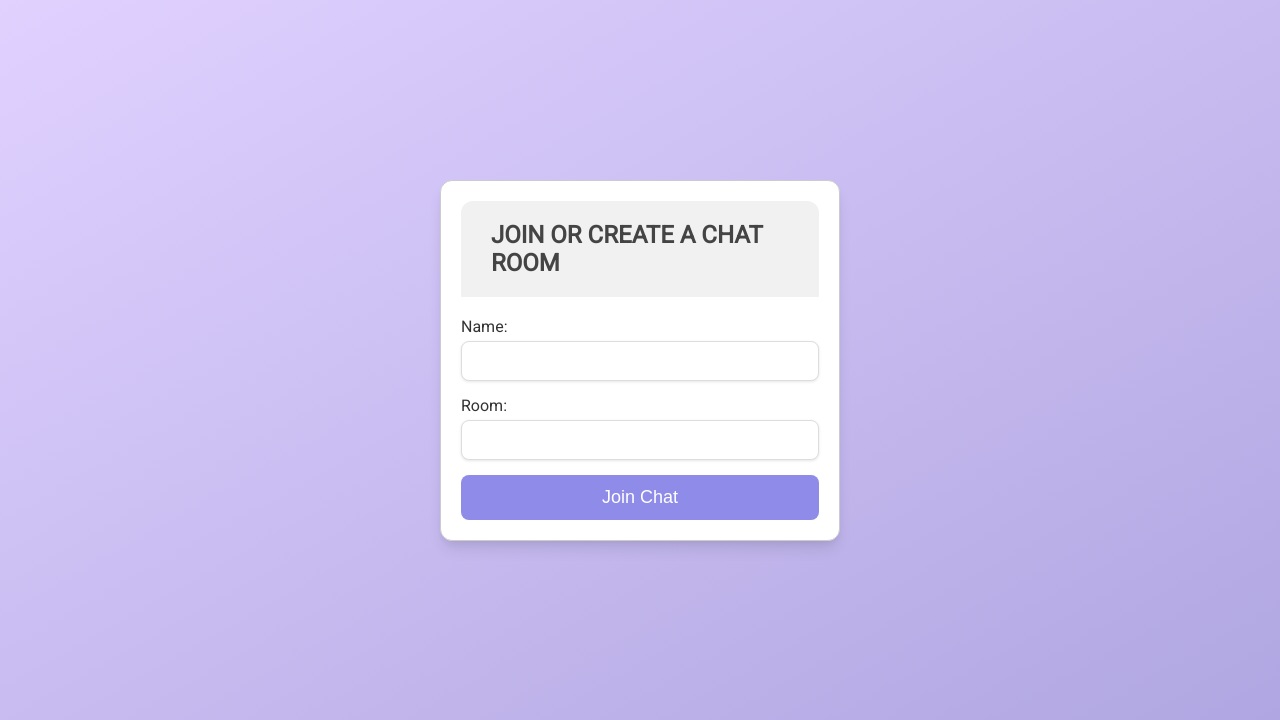
Repository: reminzuetto/ChatRoom
Page: public/join.html
These files come from the project's save history. The page is drawn as it stood at one moment and after the next save; the edit follows.
The browser window is 1280 px wide. The pictures show the whole page.

Above is the page before, as saved 2024-08-20 00:57:38.
Console error: ReferenceError: io is not defined

After the next save:
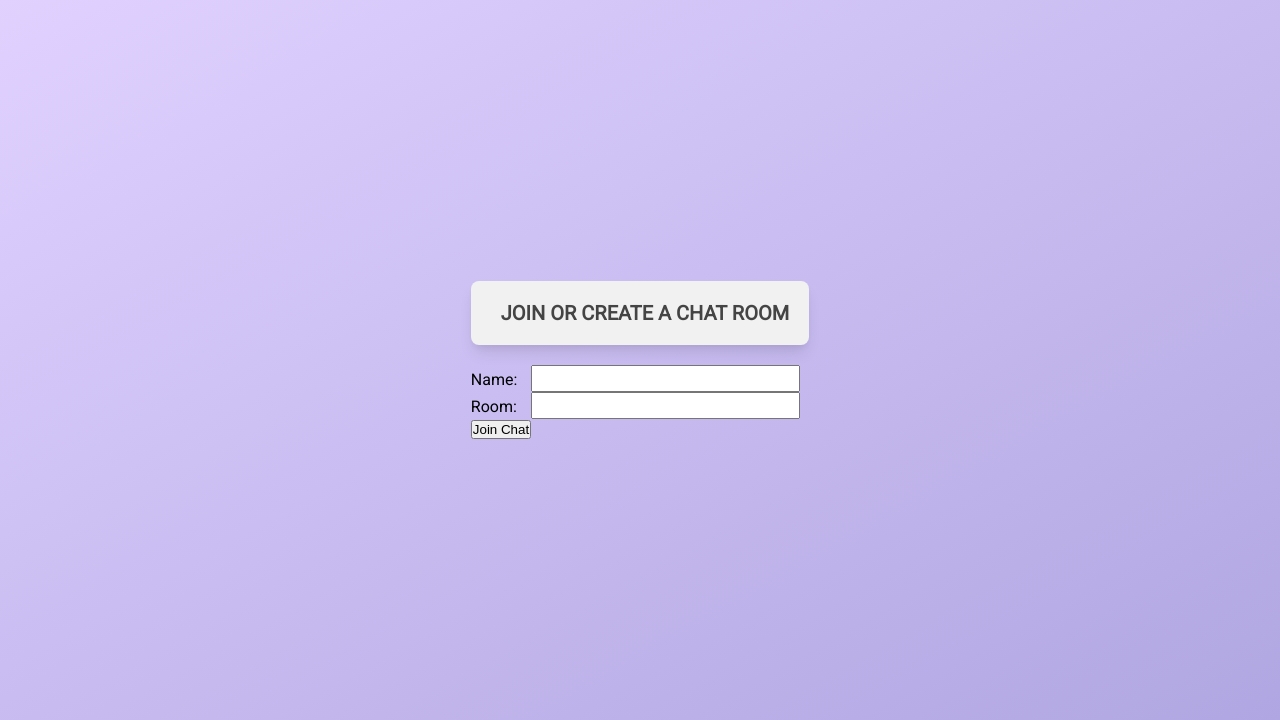
Saved 36 s later.
--- a/public/style.css
+++ b/public/style.css
@@ -126,92 +126,36 @@
   color: #333; /* Optional color for the icon */
 }
 
-@import url("https://fonts.googleapis.com/css2?family=Roboto&display=swap");
-@import url("https://cdn.jsdelivr.net/npm/bootstrap-icons@1.11.3/font/bootstrap-icons.min.css");
-
-* {
-  padding: 0;
-  margin: 0;
-  box-sizing: border-box;
-}
-
-body {
-  display: flex;
-  align-items: center;
-  justify-content: center;
-  min-height: 100vh;
-  font-family: "Roboto", sans-serif;
-  background: linear-gradient(to bottom right, #e0d1ff, #b0a6e1);
-}
-
-section.join__section {
-  width: 400px; /* Giảm kích thước của form */
-  max-width: 90%;
-  background: #fff;
-  border: 1px solid #ccc;
-  border-radius: 12px;
-  padding: 20px;
-  box-shadow: 0 10px 15px -3px rgba(0, 0, 0, 0.1),
-    0 4px 6px -2px rgba(0, 0, 0, 0.05);
-}
-
 .brand {
   padding: 20px;
   background: #f1f1f1;
   display: flex;
   align-items: center;
-  border-radius: 12px 12px 0 0; /* Bo góc trên của section */
+  border-radius: 8px;
+  box-shadow: 0 10px 15px -3px rgba(0, 0, 0, 0.1),
+    0 4px 6px -2px rgba(0, 0, 0, 0.05);
   margin-bottom: 20px;
 }
 
-.brand h1 {
-  text-transform: uppercase;
-  font-size: 24px; /* Tăng kích thước chữ tiêu đề */
+#name {
+  margin-left: 10px;
+  font-size: 20px;
   color: #444;
 }
 
-.input__group {
-  margin-bottom: 15px;
+#room {
+  margin-left: 10px;
+  font-size: 20px;
+  color: #444;
 }
 
-.input__group label {
-  display: block;
+.input__group button {
+  padding: 10px 20px;
+  background: #8f8be8;
+  color: #fff;
+  border: none;
+  border-radius: 5px;
+  cursor: pointer;
   font-size: 16px;
-  color: #333;
-  margin-bottom: 5px;
+  margin-left: 10px;
 }
-
-.input__group input {
-  width: 100%;
-  padding: 10px;
-  font-size: 16px;
-  border: 1px solid #ddd;
-  border-radius: 8px; /* Bo góc của trường nhập liệu */
-  box-shadow: 0 1px 3px rgba(0, 0, 0, 0.1);
-}
-
-button {
-  width: 100%;
-  padding: 12px; /* Tăng padding để nút lớn hơn và dễ nhấn hơn */
-  font-size: 18px; /* Tăng kích thước chữ để dễ đọc hơn */
-  background-color: #8f8be8; /* Màu nền chính của nút */
-  color: #fff; /* Màu chữ của nút */
-  border: none;
-  border-radius: 8px; /* Bo góc của nút bấm */
-  cursor: pointer;
-  transition: background-color 0.3s, transform 0.2s; /* Thay đổi màu nền và hiệu ứng nhấn */
-}
-
-button:hover {
-  background-color: #7e7adf; /* Màu nền khi di chuột qua */
-  transform: scale(1.05); /* Phóng to nút một chút khi hover */
-}
-
-button:focus {
-  outline: none;
-  box-shadow: 0 0 0 2px rgba(0, 0, 0, 0.2); /* Hiệu ứng viền khi nút được chọn */
-}
-
-button:active {
-  transform: scale(0.98); /* Thu nhỏ nút khi nhấn */
-}

After the save that followed:
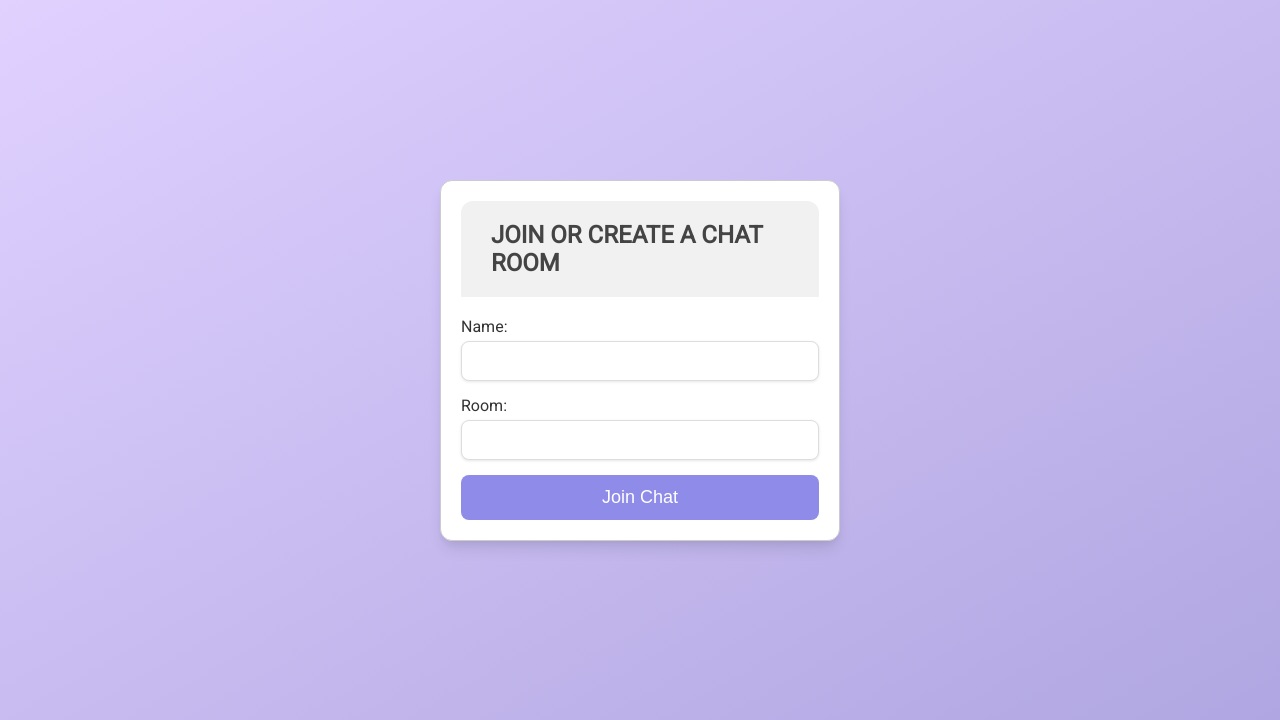
Saved 16 s later.
--- a/public/style.css
+++ b/public/style.css
@@ -126,36 +126,92 @@
   color: #333; /* Optional color for the icon */
 }
 
-.brand {
-  padding: 20px;
-  background: #f1f1f1;
-  display: flex;
-  align-items: center;
-  border-radius: 8px;
+@import url("https://fonts.googleapis.com/css2?family=Roboto&display=swap");
+@import url("https://cdn.jsdelivr.net/npm/bootstrap-icons@1.11.3/font/bootstrap-icons.min.css");
+
+* {
+  padding: 0;
+  margin: 0;
+  box-sizing: border-box;
+}
+
+body {
+  display: flex;
+  align-items: center;
+  justify-content: center;
+  min-height: 100vh;
+  font-family: "Roboto", sans-serif;
+  background: linear-gradient(to bottom right, #e0d1ff, #b0a6e1);
+}
+
+section.join__section {
+  width: 400px; /* Giảm kích thước của form */
+  max-width: 90%;
+  background: #fff;
+  border: 1px solid #ccc;
+  border-radius: 12px;
+  padding: 20px;
   box-shadow: 0 10px 15px -3px rgba(0, 0, 0, 0.1),
     0 4px 6px -2px rgba(0, 0, 0, 0.05);
+}
+
+.brand {
+  padding: 20px;
+  background: #f1f1f1;
+  display: flex;
+  align-items: center;
+  border-radius: 12px 12px 0 0; /* Bo góc trên của section */
   margin-bottom: 20px;
 }
 
-#name {
-  margin-left: 10px;
-  font-size: 20px;
+.brand h1 {
+  text-transform: uppercase;
+  font-size: 24px; /* Tăng kích thước chữ tiêu đề */
   color: #444;
 }
 
-#room {
-  margin-left: 10px;
-  font-size: 20px;
-  color: #444;
-}
-
-.input__group button {
-  padding: 10px 20px;
-  background: #8f8be8;
-  color: #fff;
+.input__group {
+  margin-bottom: 15px;
+}
+
+.input__group label {
+  display: block;
+  font-size: 16px;
+  color: #333;
+  margin-bottom: 5px;
+}
+
+.input__group input {
+  width: 100%;
+  padding: 10px;
+  font-size: 16px;
+  border: 1px solid #ddd;
+  border-radius: 8px; /* Bo góc của trường nhập liệu */
+  box-shadow: 0 1px 3px rgba(0, 0, 0, 0.1);
+}
+
+button {
+  width: 100%;
+  padding: 12px; /* Tăng padding để nút lớn hơn và dễ nhấn hơn */
+  font-size: 18px; /* Tăng kích thước chữ để dễ đọc hơn */
+  background-color: #8f8be8; /* Màu nền chính của nút */
+  color: #fff; /* Màu chữ của nút */
   border: none;
-  border-radius: 5px;
+  border-radius: 8px; /* Bo góc của nút bấm */
   cursor: pointer;
-  font-size: 16px;
-  margin-left: 10px;
-}
+  transition: background-color 0.3s, transform 0.2s; /* Thay đổi màu nền và hiệu ứng nhấn */
+}
+
+button:hover {
+  background-color: #7e7adf; /* Màu nền khi di chuột qua */
+  transform: scale(1.05); /* Phóng to nút một chút khi hover */
+}
+
+button:focus {
+  outline: none;
+  box-shadow: 0 0 0 2px rgba(0, 0, 0, 0.2); /* Hiệu ứng viền khi nút được chọn */
+}
+
+button:active {
+  transform: scale(0.98); /* Thu nhỏ nút khi nhấn */
+}
